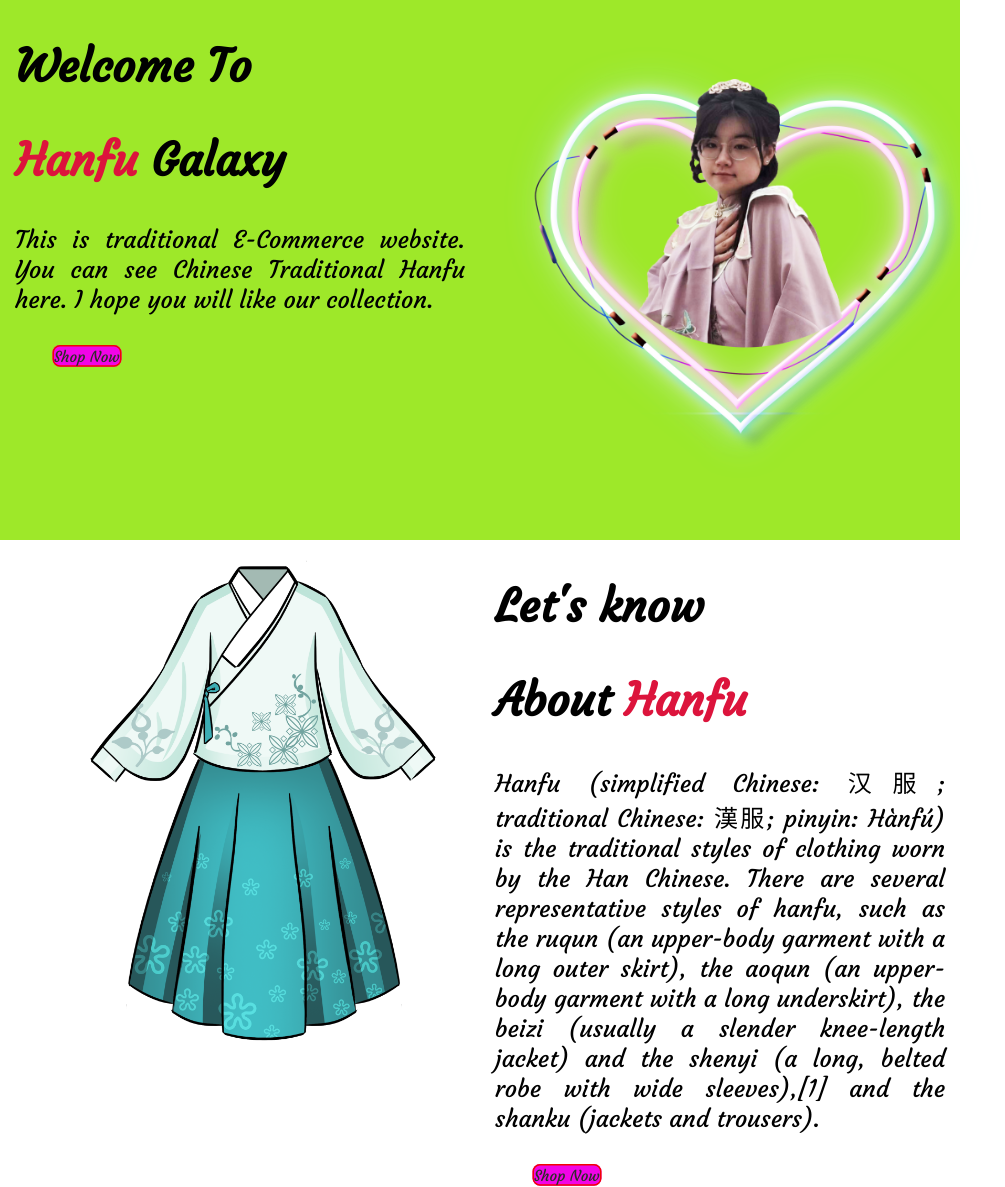
Repository: ramizraaz/E-Commerce
Page: index.html
An editor plug-in stored every save of this project. The page is shown before and after the next save, followed by the edit.
The browser window is 1280 px wide. The page is 1340 px wide, so the pictures cover 1340 px, including what lies to the right of the window. The pictures show the whole page, at 75% of full size.

Above is the page before, as saved 2022-02-06 21:29:50.

After the next save:
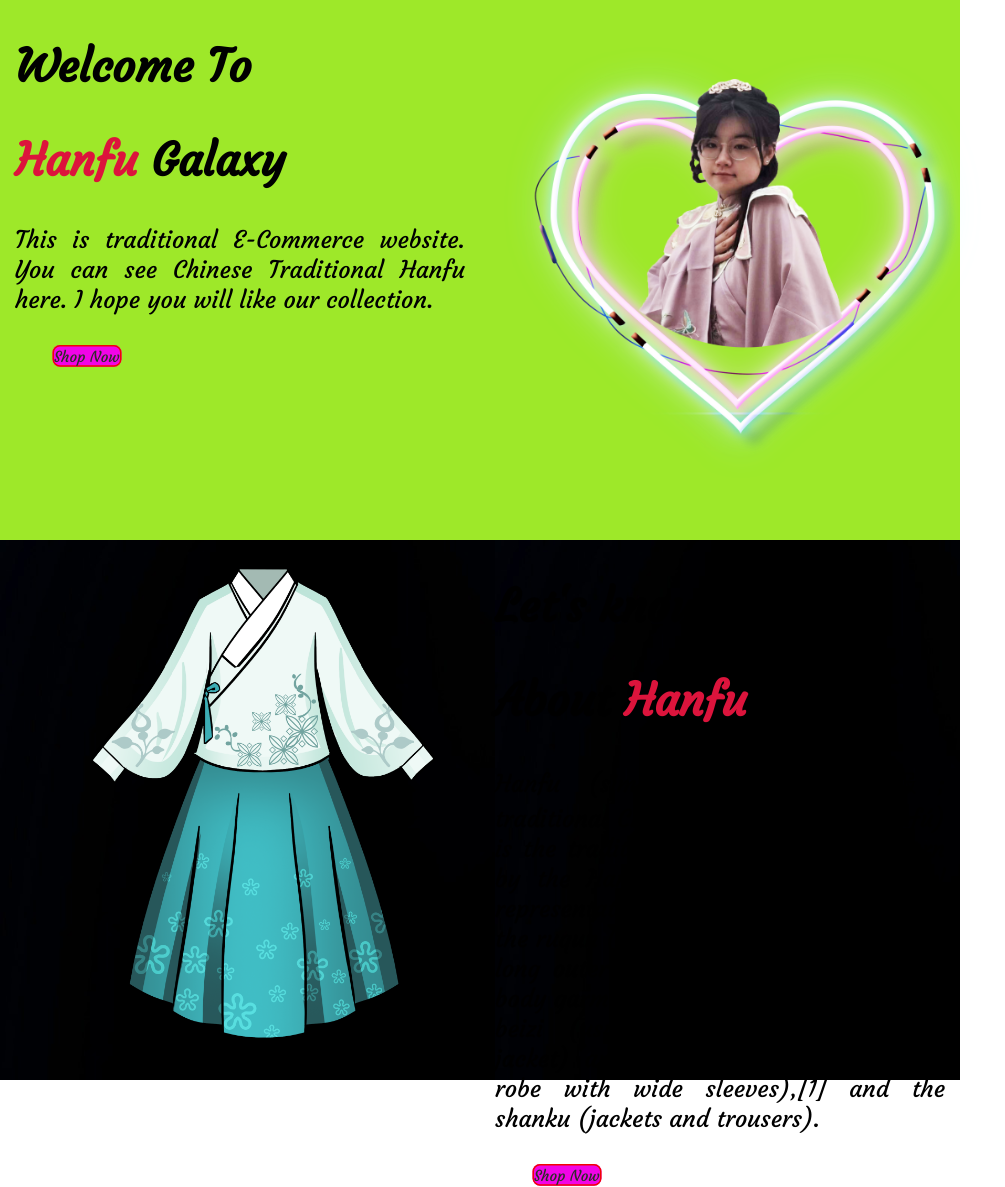
Saved 23 s later.
--- a/main.css
+++ b/main.css
@@ -49,4 +49,5 @@ a {
 
 .mid .container {
     padding: 0px 20px 0px 0px;
+    background-image: url(./images/pexels-designecologist-887349.jpg);
 }
